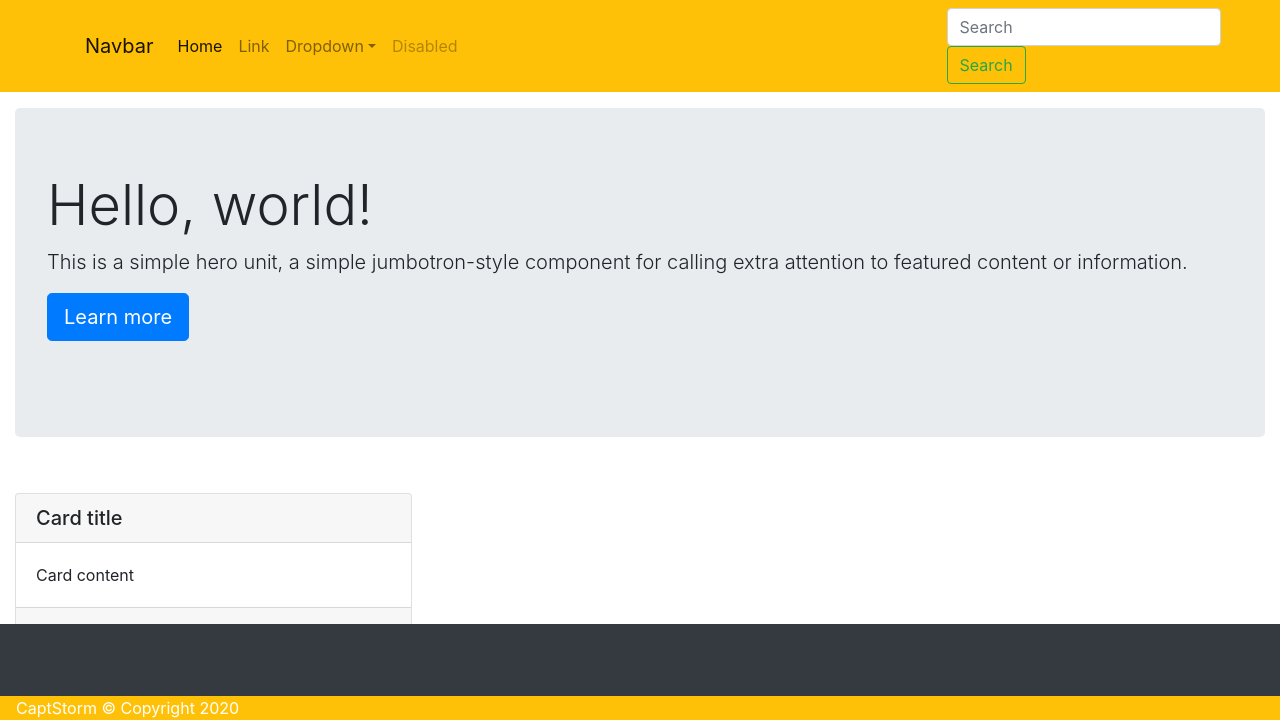
Repository: CaptainStorm21/complete-react16-bootstrap-passing-props
Page: /
These files come from the project's save history. The page is drawn as it stood at one moment and after a run of saves; the edit follows.
The browser window is 1280 px wide. The pictures show the whole page.
The project was rebuilt for these pictures with package versions that can differ from the ones it lists, and the page was loaded fresh each time.

Above is the page before, as saved 2020-04-23 14:39:24.

After the next 3 saves:
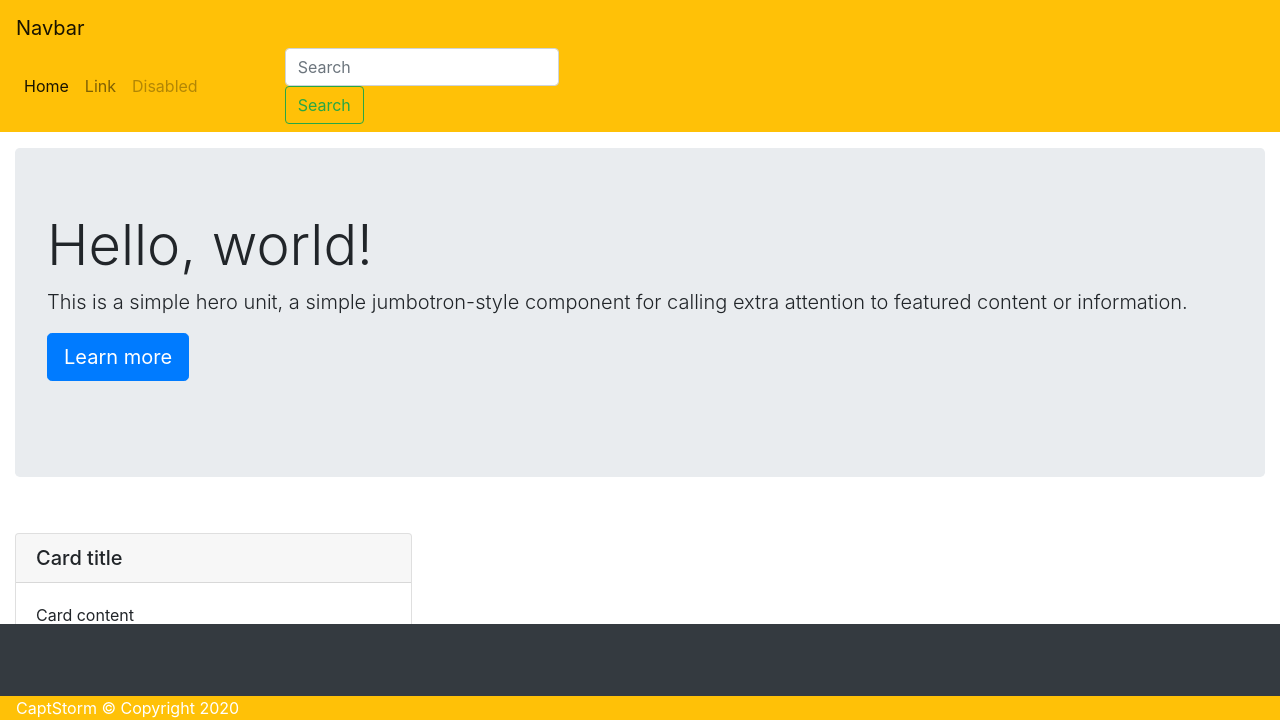
The 3 saves are shown as one change because 2 did not build or start.
The last was saved 2 min 37 s later.
--- a/src/components/layout/Navbar.js
+++ b/src/components/layout/Navbar.js
@@ -3,81 +3,29 @@
 
 function Navbar() {
   return (
-    <div className="container">
-          <a className="navbar-brand" href="/">
-            Navbar
-          </a>
-          <button
-            className="navbar-toggler"
-            type="button"
-            data-toggle="collapse"
-            data-target="#navbarSupportedContent"
-            aria-controls="navbarSupportedContent"
-            aria-expanded="false"
-            aria-label="Toggle navigation"
-          >
-            <span className="navbar-toggler-icon"></span>
-          </button>
+    <div classNameName="container">
+ <a className="navbar-brand" href="#">Navbar</a>
+  <button className="navbar-toggler" type="button" data-toggle="collapse" data-target="#navbarTogglerDemo02" aria-controls="navbarTogglerDemo02" aria-expanded="false" aria-label="Toggle navigation">
+    <span className="navbar-toggler-icon"></span>
+  </button>
 
-          <div className="collapse navbar-collapse" id="navbarSupportedContent">
-            <ul className="navbar-nav mr-auto">
-              <li className="nav-item active">
-                <a className="nav-link" href="/">
-                  Home <span className="sr-only">(current)</span>
-                </a>
-              </li>
-              <li className="nav-item">
-                <a className="nav-link" href="/">
-                  Link
-                </a>
-              </li>
-              <li className="nav-item dropdown">
-                <a
-                  className="nav-link dropdown-toggle"
-                  href="/"
-                  id="navbarDropdown"
-                  role="button"
-                  data-toggle="dropdown"
-                  aria-haspopup="true"
-                  aria-expanded="false"
-                >
-                  Dropdown
-                </a>
-                <div className="dropdown-menu" aria-labelledby="navbarDropdown">
-                  <a className="dropdown-item" href="/">
-                    Action
-                  </a>
-                  <a className="dropdown-item" href="/">
-                    Another action
-                  </a>
-                  <div className="dropdown-divider"></div>
-                  <a className="dropdown-item" href="/">
-                    Something else here
-                  </a>
-                </div>
-              </li>
-              <li className="nav-item">
-                <a className="nav-link disabled" href="/">
-                  Disabled
-                </a>
-              </li>
-            </ul>
-          </div>
-          <div className="row align-items-end col-sm-3">
-            <div className="input-group-append ">
-              <form className="form-inline ">
-                <input
-                  className="form-control "
-                  type="search"
-                  placeholder="Search"
-                  aria-label="Search"
-                />
-                <button className="btn btn-outline-success" type="submit">
-                  Search
-                </button>
-              </form>
-            </div>
-          </div>
+  <div className="collapse navbar-collapse" id="navbarTogglerDemo02">
+    <ul className="navbar-nav mr-auto mt-2 mt-lg-0">
+      <li className="nav-item active">
+        <a className="nav-link" href="#">Home <span className="sr-only">(current)</span></a>
+      </li>
+      <li className="nav-item">
+        <a className="nav-link" href="#">Link</a>
+      </li>
+      <li className="nav-item">
+        <a className="nav-link disabled" href="#" tabindex="-1" aria-disabled="true">Disabled</a>
+      </li>
+    </ul>
+    <form className="form-inline my-2 my-lg-0">
+      <input className="form-control mr-sm-2" type="search" placeholder="Search" />
+      <button className="btn btn-outline-success my-2 my-sm-0" type="submit">Search</button>
+    </form>
+  </div>
         </div>
 
   );

After the 4 saves that followed:
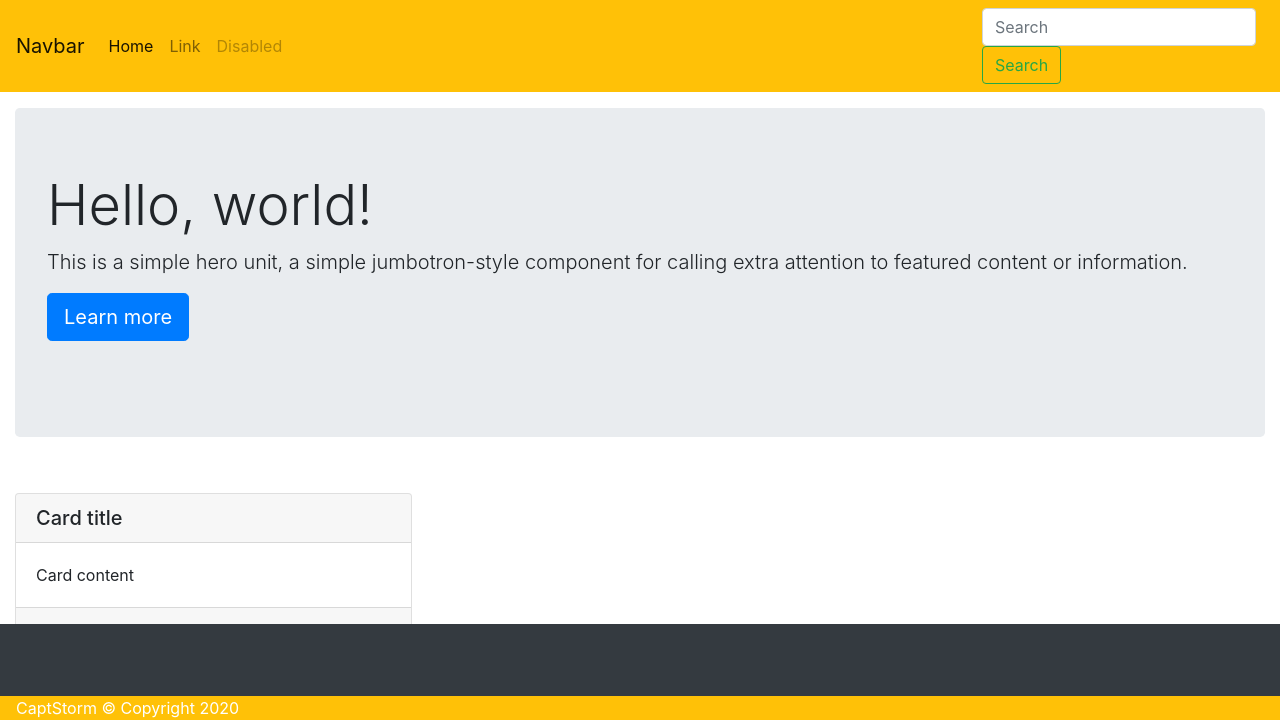
The 4 saves are shown as one change because 2 did not build or start and some came seconds apart.
The last was saved 76 s later.
--- a/src/components/layout/Navbar.js
+++ b/src/components/layout/Navbar.js
@@ -3,7 +3,7 @@
 
 function Navbar() {
   return (
-    <div classNameName="container">
+    <>
  <a className="navbar-brand" href="#">Navbar</a>
   <button className="navbar-toggler" type="button" data-toggle="collapse" data-target="#navbarTogglerDemo02" aria-controls="navbarTogglerDemo02" aria-expanded="false" aria-label="Toggle navigation">
     <span className="navbar-toggler-icon"></span>
@@ -25,8 +25,8 @@
       <input className="form-control mr-sm-2" type="search" placeholder="Search" />
       <button className="btn btn-outline-success my-2 my-sm-0" type="submit">Search</button>
     </form>
-  </div>
-        </div>
+    </div>
+        </>
 
   );
 }
